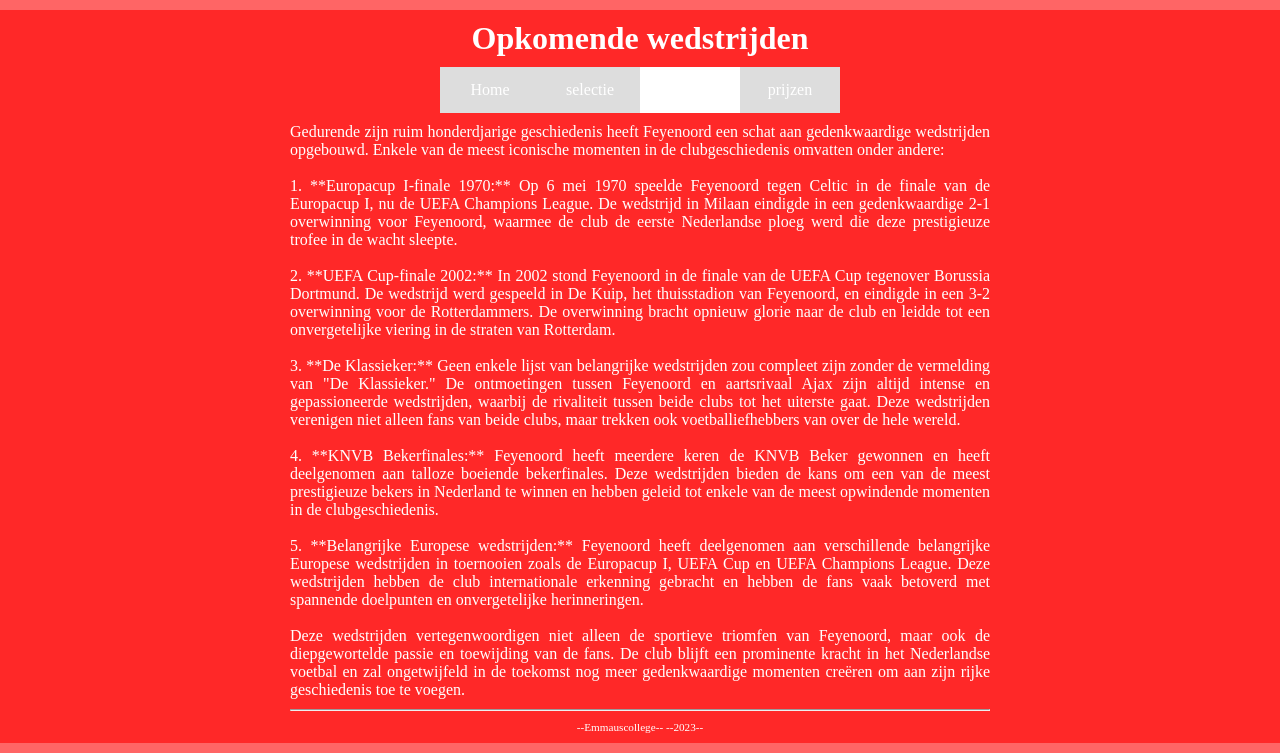
Repository: Manoize/ManoIze
Page: info.html
These files come from the project's save history. The page is drawn as it stood at one moment and after the next save; the edit follows.
The browser window is 1280 px wide. The pictures show the whole page.

Above is the page before, as saved 2023-10-24 10:22:11.

After the next save:
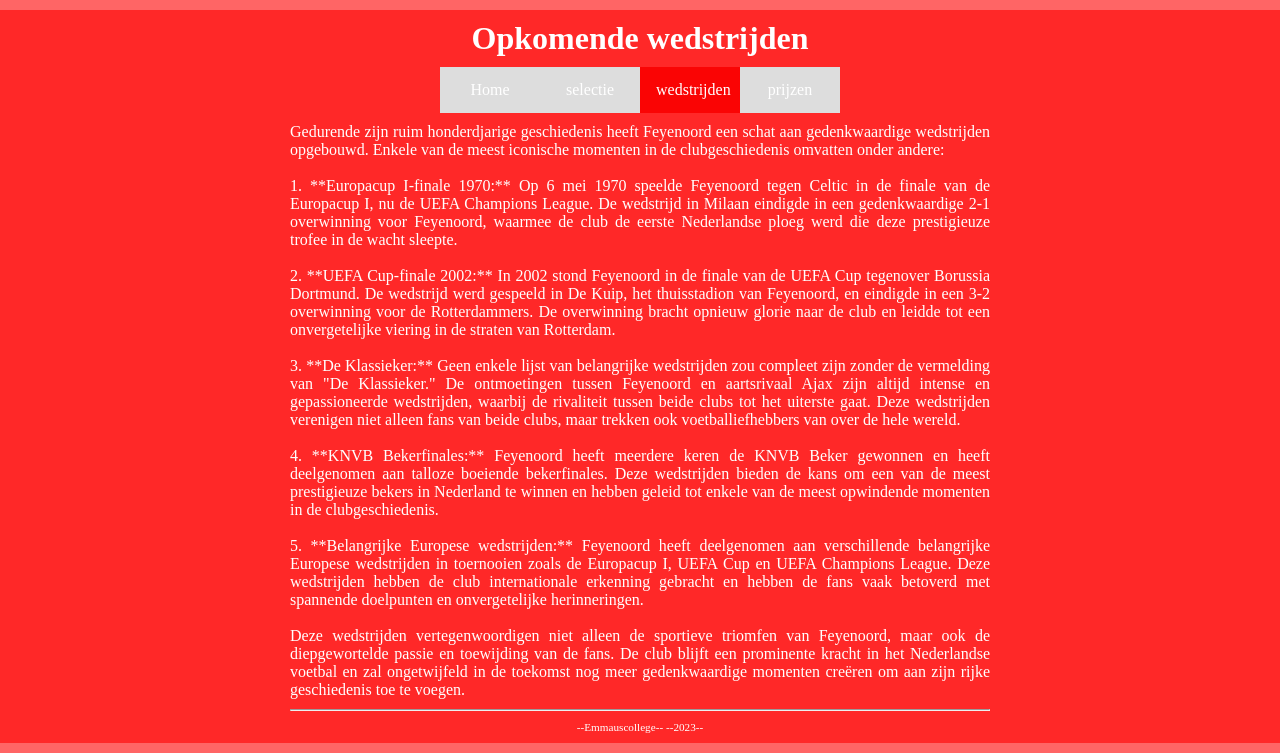
Saved 16 s later.
--- a/style.css
+++ b/style.css
@@ -129,5 +129,5 @@
 }
 
 nav li a.active {
-    background-color: rgb(255, 255, 255);
+    background-color: rgb(250, 4, 4);
 }
